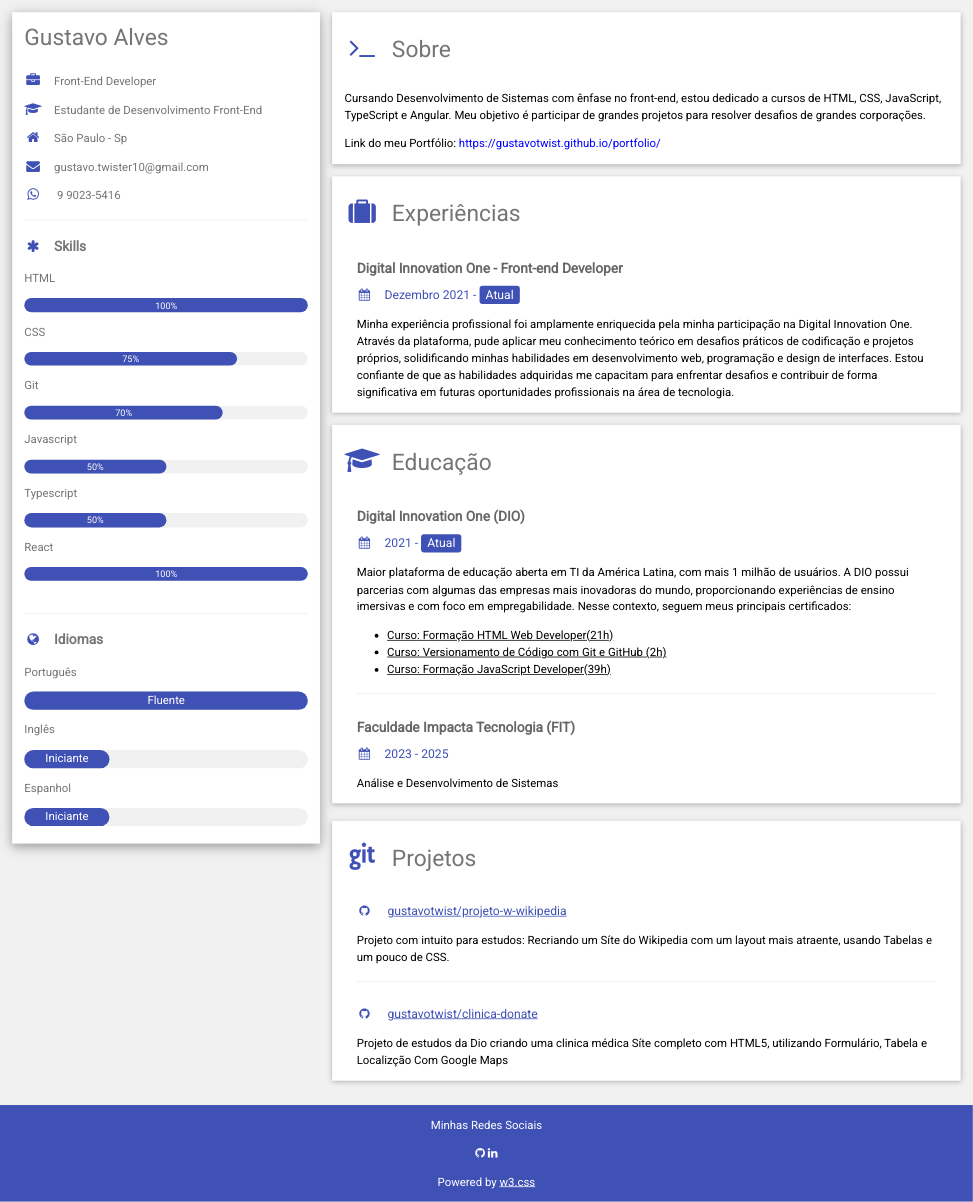
Repository: gustavotwist/cv
Page: index.html
The author's editor kept a copy of each file at every save. The page is drawn from the files as they stood at one save, then again after the next save.
The browser window is 1280 px wide. The pictures show the whole page, at 76% of full size.

Above is the page before, as saved 2024-08-17 19:34:14.

### index.html
<!DOCTYPE html>
<!-- @falvojr: Reference article https://www.w3schools.com/howto/howto_website_create_resume.asp -->
<!-- @falvojr: Useful link to use fontawesome (fa) icons: https://fontawesome.com/v4/icons/ -->
<html lang="pt-BR">

  <head>
    <title>Gustavo Alves</title>

    <meta http-equiv="Content-Type" content="text/html; charset=UTF-8">
    <meta name="viewport" content="width=device-width, initial-scale=1">

    <link rel="stylesheet" href="https://www.w3schools.com/w3css/4/w3.css">
    <link rel='stylesheet' href='https://fonts.googleapis.com/css?family=Roboto'>
    <link rel="stylesheet" href="https://cdnjs.cloudflare.com/ajax/libs/font-awesome/4.7.0/css/font-awesome.min.css">

    <style>
      html,body,h1,h2,h3,h4,h5,h6 {font-family: "Roboto", sans-serif}
    </style>

  </head>

  <body class="w3-light-grey" cz-shortcut-listen="true">

    <!-- Page Container -->
    <div class="w3-content w3-margin-top" style="max-width:1400px;">

      <!-- The Grid -->
      <div class="w3-row-padding">

        <!-- Left Column -->
        <div class="w3-third">

          <div class="w3-white w3-text-grey w3-card-4">
            <!-- @falvojr: This container has been modified to not use a profile picture. -->
            <div class="w3-container">
              <h2>Gustavo Alves</h2>
            </div>
            <div class="w3-container">
              <p><i class="fa fa-briefcase fa-fw w3-margin-right w3-large w3-text-indigo"></i>Front-End Developer</p>
              <p><i class="fa fa-graduation-cap fa-fw w3-margin-right w3-large w3-text-indigo"></i>Estudante de Desenvolvimento Front-End</p>
              <p><i class="fa fa-home fa-fw w3-margin-right w3-large w3-text-indigo"></i>São Paulo - Sp</p>
              <p><i class="fa fa-envelope fa-fw w3-margin-right w3-large w3-text-indigo"></i><a href="mailto:gustavo.twister10@gmail.com" style="text-decoration: none;">gustavo.twister10@gmail.com</a></p>
              <p ><i class="fa fa-whatsapp fa-fw w3-margin-right w3-large w3-text-indigo"></i> <a href="tel:(11) 9 9023-5416" style="text-decoration: none;"> 9 9023-5416</a> </p>
              <hr>

              <p class="w3-large">
                <b><i class="fa fa-asterisk fa-fw w3-margin-right w3-text-indigo"></i>Skills</b>
              </p>
              <p>HTML</p>
              <div class="w3-light-grey w3-round-xlarge w3-small">
                <div class="w3-container w3-center w3-round-xlarge w3-indigo" style="width:100%">100%</div>
              </div>
              <p>CSS</p>
              <div class="w3-light-grey w3-round-xlarge w3-small">
                <div class="w3-container w3-center w3-round-xlarge w3-indigo" style="width:75%">75%</div>
              </div>
              <p>Git</p>
              <div class="w3-light-grey w3-round-xlarge w3-small">
                <div class="w3-container w3-center w3-round-xlarge w3-indigo" style="width:70%">70%</div>
              </div>
              <p>Javascript</p>
              <div class="w3-light-grey w3-round-xlarge w3-small">
                <div class="w3-container w3-center w3-round-xlarge w3-indigo" style="width:50%">50%</div>
              </div>
              <p>Typescript</p>
              <div class="w3-light-grey w3-round-xlarge w3-small">
                <div class="w3-container w3-center w3-round-xlarge w3-indigo" style="width:50%">50%</div>
              </div>
              <p>React</p>
              <div class="w3-light-grey w3-round-xlarge w3-small">
                <div class="w3-container w3-center w3-round-xlarge w3-indigo" style="width:100%">100%</div>
              </div>
              <br>
              <hr>
              <p class="w3-large w3-text-theme">
                <b><i class="fa fa-globe fa-fw w3-margin-right w3-text-indigo"></i>Idiomas</b>
              </p>
              <p>Português</p>
              <div class="w3-light-grey w3-round-xlarge">
                <div class="w3-container w3-center w3-round-xlarge w3-indigo" style="height:24px;width:100%">Fluente</div>
              </div>
              <p>Inglês</p>
              <div class="w3-light-grey w3-round-xlarge">
                <div class="w3-container w3-center w3-round-xlarge w3-indigo" style="height:24px;width:30%">Iniciante</div>
              </div>
              <p>Espanhol</p>
              <div class="w3-light-grey w3-round-xlarge">
                <div class=" w3-container w3-center w3-round-xlarge w3-indigo" style="height:24px;width:30%">Iniciante</div>
              </div>
              <br>
            </div>
          </div><br>

          <!-- End Left Column -->
        </div>

        <!-- Right Column -->
        <div class="w3-twothird">

          <div class="w3-container w3-card w3-white w3-margin-bottom">
            <h2 class="w3-text-grey w3-padding-16"><i class="fa fa-terminal fa-fw w3-margin-right w3-xxlarge w3-text-indigo"></i>Sobre</h2>
            <p>Cursando Desenvolvimento de Sistemas com ênfase no front-end, estou dedicado a cursos de HTML, CSS, JavaScript, TypeScript e Angular. Meu objetivo é participar de grandes projetos para resolver desafios de grandes corporações.</p>
            <p>Link do meu Portfólio: <a href="https://gustavotwist.github.io/portfolio/" target="_blank" style="color: blue; text-decoration: none;">https://gustavotwist.github.io/portfolio/</a></p>
          </div>

          <div class="w3-container w3-card w3-white w3-margin-bottom">
            <h2 class="w3-text-grey w3-padding-16">
              <i class="fa fa-suitcase fa-fw w3-margin-right w3-xxlarge w3-text-indigo"></i>Experiências
            </h2>
            <div class="w3-container">
              <h5 class="w3-opacity"><b>Digital Innovation One - Front-end Developer</b></h5>
                <h6 class="w3-text-indigo"><i class="fa fa-calendar fa-fw w3-margin-right"></i>Dezembro 2021 - <span class="w3-tag w3-indigo w3-round">Atual</span></h6>
                <p>
                    Minha experiência profissional foi amplamente enriquecida pela minha participação na Digital Innovation One. Através da plataforma, pude aplicar meu conhecimento teórico em desafios práticos de codificação e projetos próprios, solidificando minhas habilidades em desenvolvimento web, programação e design de interfaces. Estou confiante de que as habilidades adquiridas me capacitam para enfrentar desafios e contribuir de forma significativa em futuras oportunidades profissionais na área de tecnologia.
                </p>

            </div>
          </div>

          <div class="w3-container w3-card w3-white">
            <h2 class="w3-text-grey w3-padding-16">
              <i class="fa fa-graduation-cap fa-fw w3-margin-right w3-xxlarge w3-text-indigo"></i>Educação
            </h2>
            <div class="w3-container">
              <h5 class="w3-opacity"><b>Digital Innovation One (DIO)</b></h5>
              <h6 class="w3-text-indigo"><i class="fa fa-calendar fa-fw w3-margin-right"></i>2021 - <span class="w3-tag w3-indigo w3-round">Atual</span></h6>
              <p>
                Maior plataforma de educação aberta em TI da América Latina, com mais 1 milhão de usuários.
                A DIO possui parcerias com algumas das empresas mais inovadoras do mundo, proporcionando experiências
                de ensino imersivas e com foco em empregabilidade. Nesse contexto, seguem meus principais certificados:
              </p>
              <ul>
                <li><a href="https://www.dio.me/certificate/VDSNYTO5" target="_blank">Curso: Formação HTML Web Developer(21h)</a></li>
                <li><a href="https://www.dio.me/certificate/EA66CA6A" target="_blank">Curso: Versionamento de Código com Git e GitHub (2h)</a></li>
                <li><a href="https://www.dio.me/certificate/OST0WIWG" target="_blank">Curso: Formação JavaScript Developer(39h)</a></li>
              </ul>
              <hr>
            </div>
            <div class="w3-container">
              <h5 class="w3-opacity"><b>Faculdade Impacta Tecnologia (FIT)</b></h5>
              <h6 class="w3-text-indigo"><i class="fa fa-calendar fa-fw w3-margin-right"></i>2023 - 2025</h6>
              <p>Análise e Desenvolvimento de Sistemas</p>
            </div>
          </div><br>
          <div class="w3-container w3-card w3-white w3-margin-bottom">
            <h2 class="w3-text-grey w3-padding-16">
              <i class="fa fa-git fa-fw w3-margin-right w3-xxlarge w3-text-indigo"></i>Projetos
            </h2>
            <div class="w3-container">
              <h6 class="w3-text-indigo">
                <i class="fa fa-github fa-fw w3-margin-right"></i>
                <a href="https://github.com/gustavotwist/projeto-w-wikipedia" target="_blank">gustavotwist/projeto-w-wikipedia</a>
              </h6>
              <p>Projeto com intuito para estudos: Recriando um Síte do Wikipedia com um layout mais atraente, usando Tabelas e um pouco de CSS.</p>
              <hr>
            </div>
            <div class="w3-container">
              <h6 class="w3-text-indigo">
                <i class="fa fa-github fa-fw w3-margin-right"></i>
                <a href="https://github.com/gustavotwist/clinica-donate" target="_blank">gustavotwist/clinica-donate</a>
              </h6>
              <p>Projeto de estudos da Dio criando uma clinica médica Síte completo com HTML5, utilizando Formulário, Tabela e Localizção Com Google Maps</p>
            </div>
          </div>

          <!-- End Right Column -->
        </div>

        <!-- End Grid -->
      </div>

      <!-- End Page Container -->
    </div>

    <footer class="w3-container w3-indigo w3-center w3-margin-top">
      <p>Minhas Redes Sociais</p>
      <a href="https://github.com/gustavotwist" target="_blank"><i class="fa fa-github w3-hover-opacity"></i></a>
      <a href="https://www.linkedin.com/in/gustavoalves7/" target="_blank"><i class="fa fa-linkedin w3-hover-opacity"></i></a>
      <p>Powered by <a href="https://www.w3schools.com/w3css/default.asp" target="_blank">w3.css</a></p>
    </footer>

  </body>

</html>

After the next save:
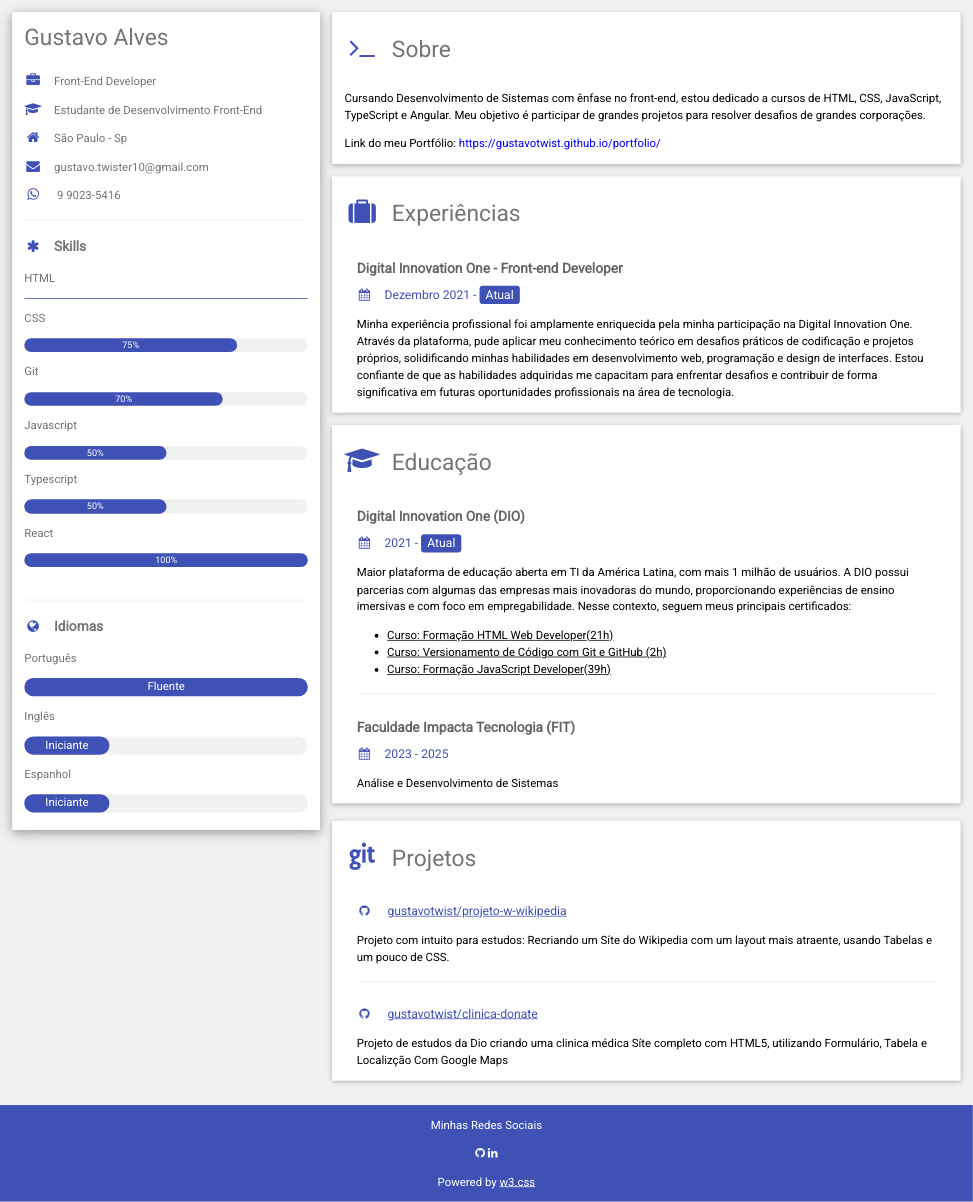
Saved 203 days later.
--- a/index.html
+++ b/index.html
@@ -48,7 +48,7 @@
               </p>
               <p>HTML</p>
               <div class="w3-light-grey w3-round-xlarge w3-small">
-                <div class="w3-container w3-center w3-round-xlarge w3-indigo" style="width:100%">100%</div>
+                <div class="w3-container w3-center w3-round-xlarge w3-indigo" style="width:100%"></div>
               </div>
               <p>CSS</p>
               <div class="w3-light-grey w3-round-xlarge w3-small">
